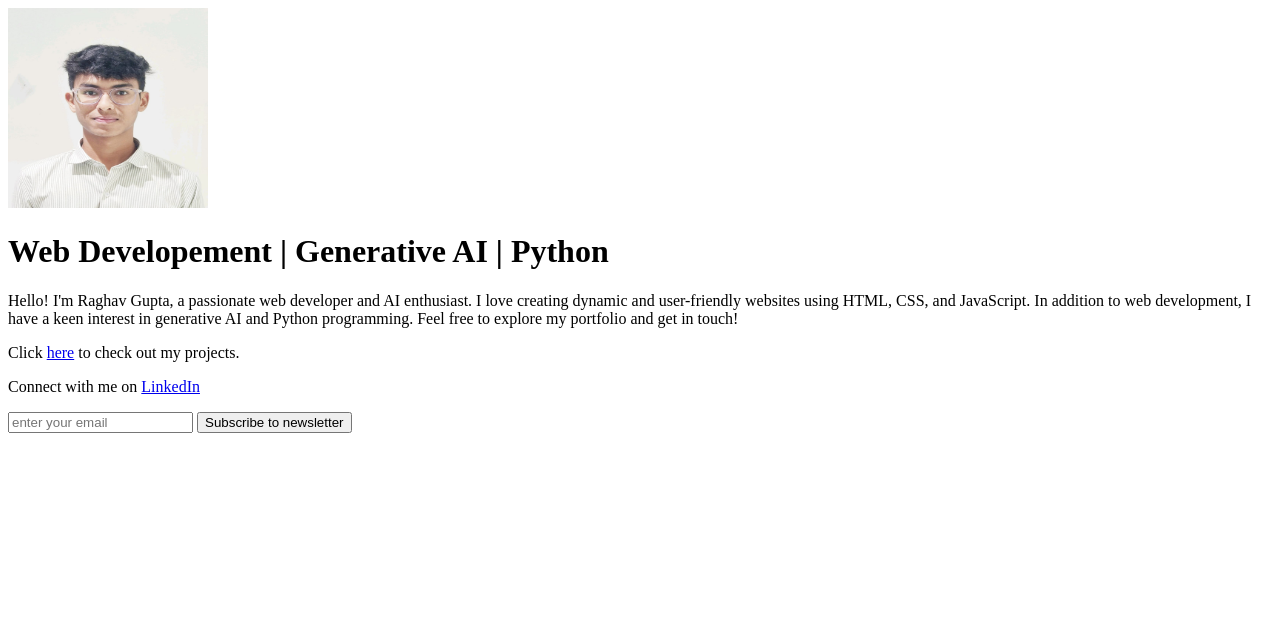
Repository: raghhavv03/html-css-practice
Page: task-3/index.html
These files come from the project's save history. The page is drawn as it stood at one moment and after a run of saves; the edit follows.
The browser window is 1280 px wide. The pictures show the whole page.

Above is the page before, as saved 2026-02-02 18:50:35.

After the next 4 saves:
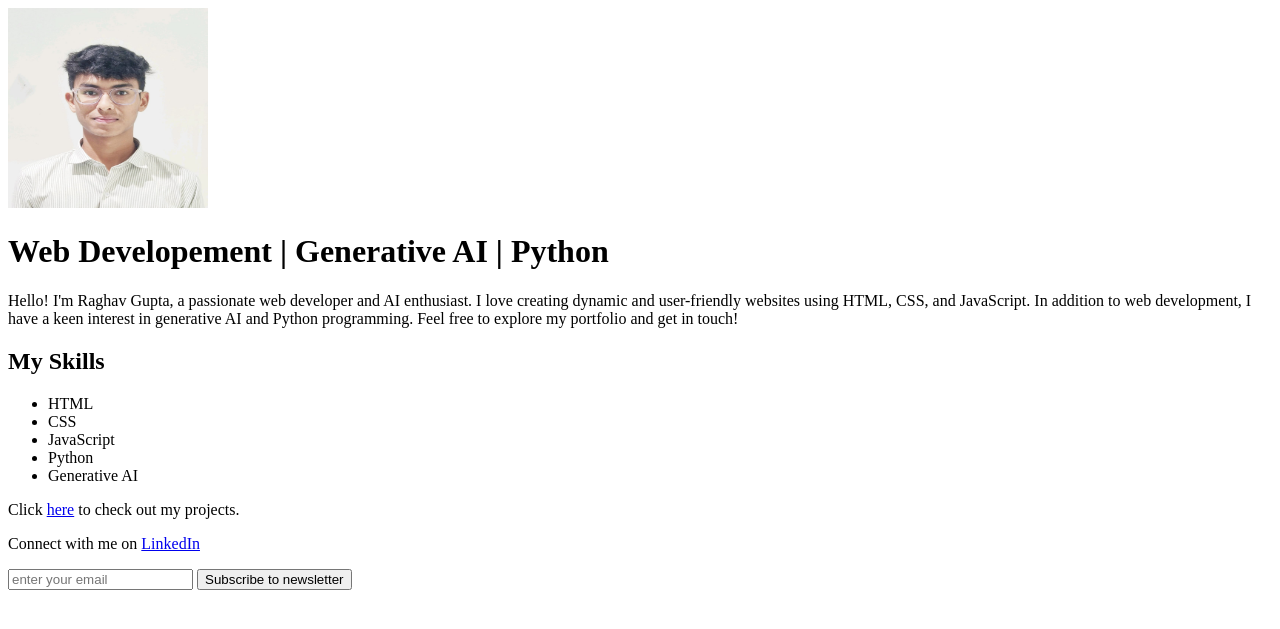
The 4 saves are shown as one change because they came seconds apart.
The last was saved 12 s later.
--- a/task-3/index.html
+++ b/task-3/index.html
@@ -7,8 +7,13 @@
     <img src="./raghav-photo-1.jpg" width="200px" height="200px">
     <h1>Web Developement | Generative AI | Python</h1>
     <p>Hello! I'm Raghav Gupta, a passionate web developer and AI enthusiast. I love creating dynamic and user-friendly websites using HTML, CSS, and JavaScript. In addition to web development, I have a keen interest in generative AI and Python programming. Feel free to explore my portfolio and get in touch!</p>
+    <h2>My Skills</h2>
     <ul>
-
+        <li>HTML</li>
+        <li>CSS</li>
+        <li>JavaScript</li>
+        <li>Python</li>
+        <li>Generative AI</li>
     </ul>
     <p>Click <a href="work.html">here</a> to check out my projects.</p>
     <p>Connect with me on <a href="https://www.linkedin.com/in/raghhavv93/?isSelfProfile=true">LinkedIn</a></p>
